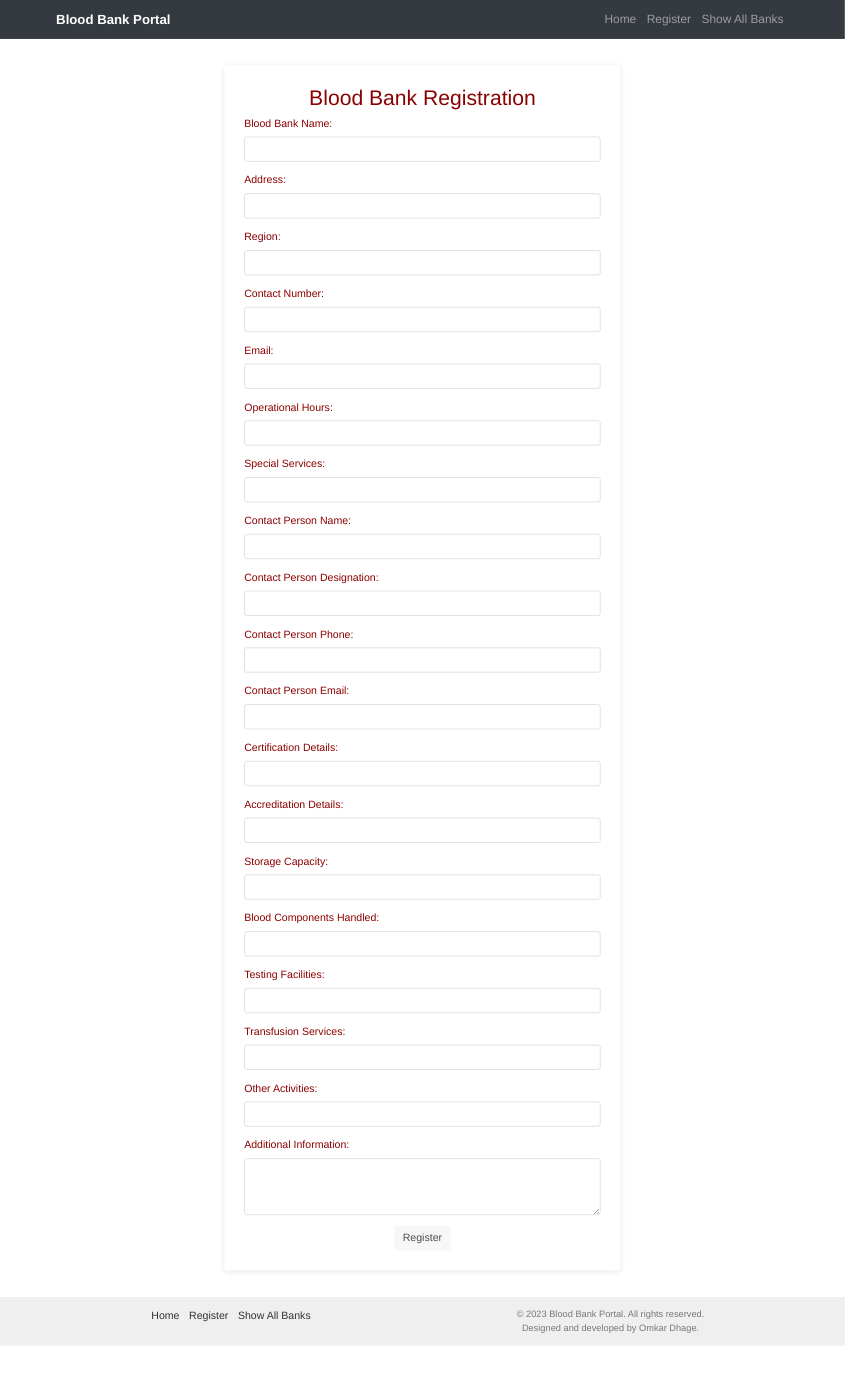
Repository: omi4535/Decentralized_Blood_Bank_System
Page: http://localhost/blood_bank_system/registration.jsp
The author's editor kept a copy of each file at every save. The page is drawn from the files as they stood at one save, then again after the next save.
The browser window is 1280 px wide. The pictures show the whole page, at 66% of full size.
Some web libraries are served in a nearby version. The page is served by Tomcat 9. Other server files are loaded and not shown.

Above is the page before, as saved 2023-07-03 14:26:50.

### blood bank system/src/main/webapp/registration.jsp
<%@ page language="java" contentType="text/html; charset=UTF-8"
	pageEncoding="UTF-8"%>
<!DOCTYPE html>
<html lang="en">

<head>
<meta charset="UTF-8">
<meta name="viewport" content="width=device-width, initial-scale=1.0">
<title>Blood Bank Registration</title>
<link rel="stylesheet"
	href="https://stackpath.bootstrapcdn.com/bootstrap/4.5.0/css/bootstrap.min.css">
<style>
body {
	background-color: #F5F5F5;
}

.form_regi {
	color: #8B0000;
}

.containe {
	max-width: 600px;
	margin: 40px auto;
	padding: 30px;
	border-radius: 5px;
	box-shadow: 0px 2px 10px rgba(0, 0, 0, 0.1);
}

h2 {
	margin-bottom: 30px;
	text-align: center;
}

.custom-button {
    background-color: #F5F5F5;
    color: #fff;
    border: none;
    padding: 10px 20px;
    font-size: 16px;
    transition: background-color 0.3s ease;
}

.custom-button:hover {
    background-color: #0056b3;
    cursor: pointer;
}

.custom-button:not(:hover) {
    background-color: #F5F5F5;
    opacity: 0.7;
    cursor: default;
    color: #000; /* Change text color to black */
}

.btn-register {
	background-color: #000000;
	color: #fff;
	border: none;
	padding: 10px 20px;
	font-size: 16px;
	transition: background-color 0.3s ease;
}

.btn-register:hover {
	background-color: #c82333;
	color:#ffffff
}

.btn-back{
background-color: #6c2020;
}
.form {
	background-color: #D50000;
}
</style>
</head>

<body>

<%@ include file="NavBar.jsp"%>

	<div class="containe">
		<div class="form_regi">
			<h2>Blood Bank Registration</h2>
			<form method="post" action="register">
				<div class="form-group">
					<label for="name">Blood Bank Name:</label> <input type="text"
						class="form-control" name="name" required>
				</div>
				<div class="form-group">
					<label for="address">Address:</label> <input type="text"
						class="form-control" name="address" required>
				</div>
				<div class="form-group">
					<label for="region">Region:</label> <input type="text"
						class="form-control" name="region" required>
				</div>
				<div class="form-group">
					<label for="contactNumber">Contact Number:</label> <input
						type="tel" class="form-control" name="contactNumber" required>
				</div>
				<div class="form-group">
					<label for="email">Email:</label> <input type="email"
						class="form-control" name="email" required>
				</div>
				<div class="form-group">
					<label for="operationalHours">Operational Hours:</label> <input
						type="text" class="form-control" name="operationalHours" required>
				</div>
				<div class="form-group">
					<label for="specialServices">Special Services:</label> <input
						type="text" class="form-control" name="specialServices" required>
				</div>
				<div class="form-group">
					<label for="contactPersonName">Contact Person Name:</label> <input
						type="text" class="form-control" name="contactPersonName" required>
				</div>
				<div class="form-group">
					<label for="contactPersonDesignation">Contact Person
						Designation:</label> <input type="text" class="form-control"
						name="contactPersonDesignation" required>
				</div>
				<div class="form-group">
					<label for="contactPersonPhone">Contact Person Phone:</label> <input
						type="tel" class="form-control" name="contactPersonPhone" required>
				</div>
				<div class="form-group">
					<label for="contactPersonEmail">Contact Person Email:</label> <input
						type="email" class="form-control" name="contactPersonEmail"
						required>
				</div>
				<div class="form-group">
					<label for="certificationDetails">Certification Details:</label> <input
						type="text" class="form-control" name="certificationDetails"
						required>
				</div>
				<div class="form-group">
					<label for="accreditationDetails">Accreditation Details:</label> <input
						type="text" class="form-control" name="accreditationDetails"
						required>
				</div>
				<div class="form-group">
					<label for="storageCapacity">Storage Capacity:</label> <input
						type="number" class="form-control" name="storageCapacity" required>
				</div>
				<div class="form-group">
					<label for="bloodComponentsHandled">Blood Components
						Handled:</label> <input type="text" class="form-control"
						name="bloodComponentsHandled" required>
				</div>
				<div class="form-group">
					<label for="testingFacilities">Testing Facilities:</label> <input
						type="text" class="form-control" name="testingFacilities" required>
				</div>
				<div class="form-group">
					<label for="transfusionServices">Transfusion Services:</label> <input
						type="text" class="form-control" name="transfusionServices"
						required>
				</div>
				<div class="form-group">
					<label for="otherActivities">Other Activities:</label> <input
						type="text" class="form-control" name="otherActivities" required>
				</div>
				<div class="form-group">
					<label for="additionalInformation">Additional Information:</label>
					<textarea class="form-control" name="additionalInformation"
						rows="3"></textarea>
				</div>
				<div class="text-center">
					<button type="submit" class=" custom-button btn btn-register  btn-back">Register</button>
				</div>
			</form>
		</div>

	</div>

	<%@ include file="footer.jsp"%>


	<script src="https://code.jquery.com/jquery-3.5.1.slim.min.js"></script>
	<script
		src="https://cdn.jsdelivr.net/npm/@popperjs/core@2.5.3/dist/umd/popper.min.js"></script>
	<script
		src="https://stackpath.bootstrapcdn.com/bootstrap/4.5.0/js/bootstrap.min.js"></script>
</body>

</html>

### blood bank system/src/main/webapp/NavBar.jsp
<%@ page language="java" contentType="text/html; charset=UTF-8"
    pageEncoding="UTF-8"%>
<!DOCTYPE html>
<html>
<head>
    <meta charset="UTF-8">
    <meta name="viewport" content="width=device-width, initial-scale=1.0">
    <title>Blood Bank Portal</title>
    <link rel="stylesheet" href="https://maxcdn.bootstrapcdn.com/bootstrap/4.5.2/css/bootstrap.min.css">
    <style>
        .navbar-brand {
            font-weight: bold;
        }

        .navbar-nav .nav-link {
            font-size: 18px;
        }
    </style>
</head>
<body>
    <nav class="navbar navbar-expand-lg navbar-dark bg-dark">
        <div class="container">
            <a class="navbar-brand" href="index.jsp">Blood Bank Portal</a>
            <button class="navbar-toggler" type="button" data-toggle="collapse" data-target="#navbarNav" aria-controls="navbarNav" aria-expanded="false" aria-label="Toggle navigation">
                <span class="navbar-toggler-icon"></span>
            </button>
            <div class="collapse navbar-collapse" id="navbarNav">
                <ul class="navbar-nav ml-auto">
                    <li class="nav-item">
                        <a class="nav-link" href="#">Home</a>
                    </li>
                    <li class="nav-item">
                        <a class="nav-link" href="registration.jsp">Register</a>
                    </li>
                    <li class="nav-item">

                        <a class="nav-link" href="/all_banks">Show All Banks</a>
                    </li>
                </ul>
            </div>
        </div>
    </nav>

</body>
</html>

### blood bank system/src/main/webapp/footer.jsp
<%@ page language="java" contentType="text/html; charset=UTF-8"
	pageEncoding="UTF-8"%>
<!DOCTYPE html>
<html lang="en">
<head>
<meta charset="UTF-8">
<meta name="viewport" content="width=device-width, initial-scale=1.0">
<title>Blood Bank Portal</title>
<link rel="stylesheet"
	href="https://maxcdn.bootstrapcdn.com/bootstrap/4.5.2/css/bootstrap.min.css">
<style>

*,
*:before,
*:after {
  -webkit-box-sizing: border-box;
  -moz-box-sizing:    border-box;
  box-sizing:         border-box;
}

html {
  height: 100%;
}

body {
  position: relative;
  margin: 0;
  padding-bottom: 4rem;
  min-height: 100%;
  font-family: "Helvetica Neue", Arial, sans-serif;
}

.footer {
	background-color: #f8f9fa;
	padding: 20px;
	position: relative;
	right: 0;
	bottom: 0;
	left: 0;
	padding: 1rem;
	background-color: #efefef;
	text-align: center;
}

.footer-links a {
	color: #333;
	margin-right: 10px;
}

.footer-info {
	color: #777;
	font-size: 14px;
}
</style>
</head>
<body>


	<footer class="footer">
		<div class="container">
			<div class="row">
				<div class="col-md-6">
					<div class="footer-links">
						<a href="index.jsp">Home</a> <a href="registration.jsp">Register</a>
						<a href="All_banks.jsp">Show All Banks</a>
					</div>
				</div>
				<div class="col-md-6">
					<div class="footer-info">
						&copy; 2023 Blood Bank Portal. All rights reserved. <br>
						Designed and developed by Omkar Dhage.
					</div>
				</div>
			</div>
		</div>
	</footer>

	<script src="https://code.jquery.com/jquery-3.5.1.slim.min.js"></script>
	<script
		src="https://cdn.jsdelivr.net/npm/@popperjs/core@1.16.0/dist/umd/popper.min.js"></script>
	<script
		src="https://maxcdn.bootstrapcdn.com/bootstrap/4.5.2/js/bootstrap.min.js"></script>
</body>
</html>

After the next save:
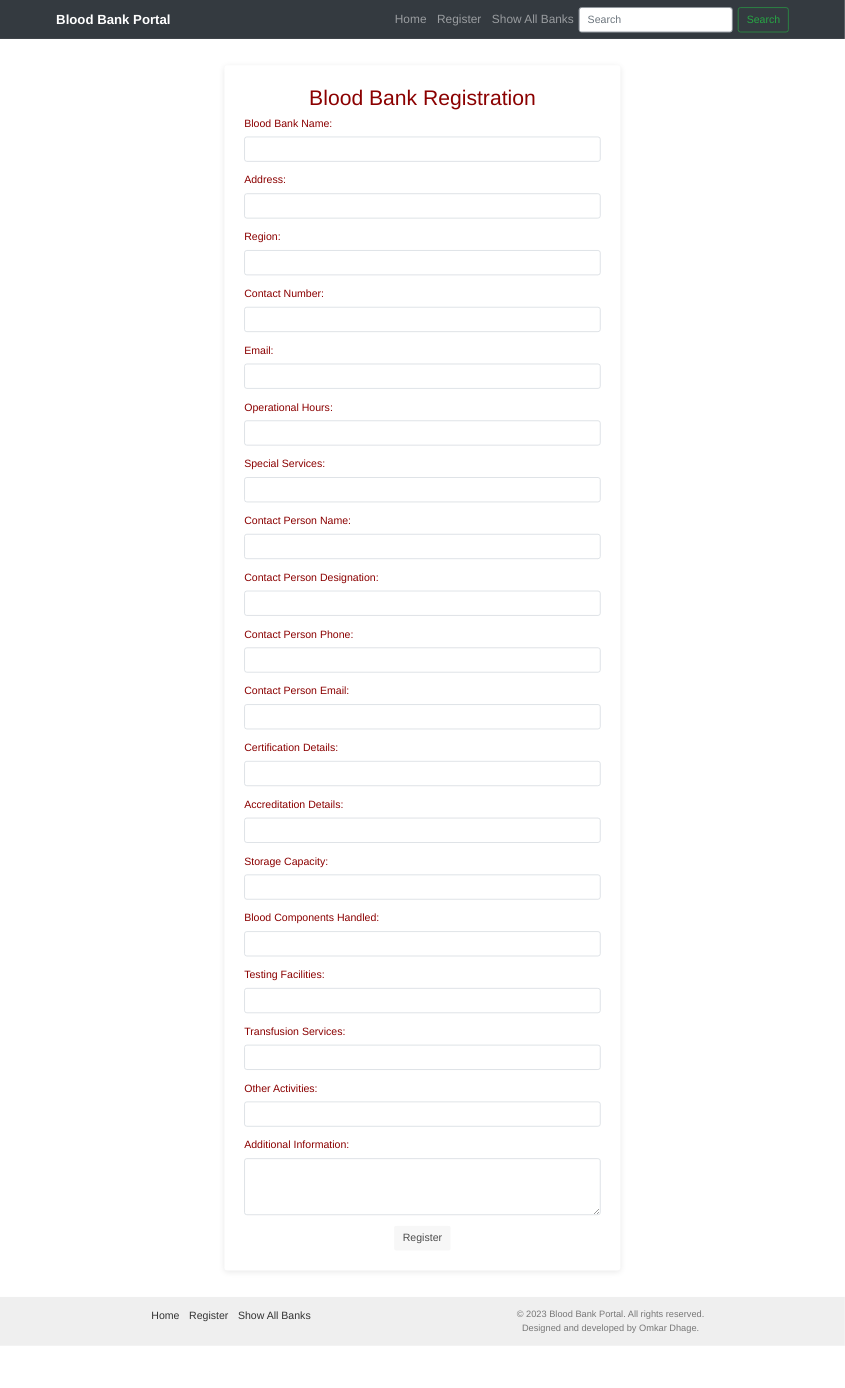
Saved 69 min 18 s later.
--- a/blood bank system/src/main/webapp/NavBar.jsp
+++ b/blood bank system/src/main/webapp/NavBar.jsp
@@ -33,10 +33,13 @@
                         <a class="nav-link" href="registration.jsp">Register</a>
                     </li>
                     <li class="nav-item">
-
                         <a class="nav-link" href="/all_banks">Show All Banks</a>
                     </li>
                 </ul>
+                 <form class="form-inline my-2 my-lg-0">
+      <input class="form-control mr-sm-2" type="search" placeholder="Search" aria-label="Search">
+      <button class="btn btn-outline-success my-2 my-sm-0" type="submit">Search</button>
+    </form>
             </div>
         </div>
     </nav>

After the save that followed:
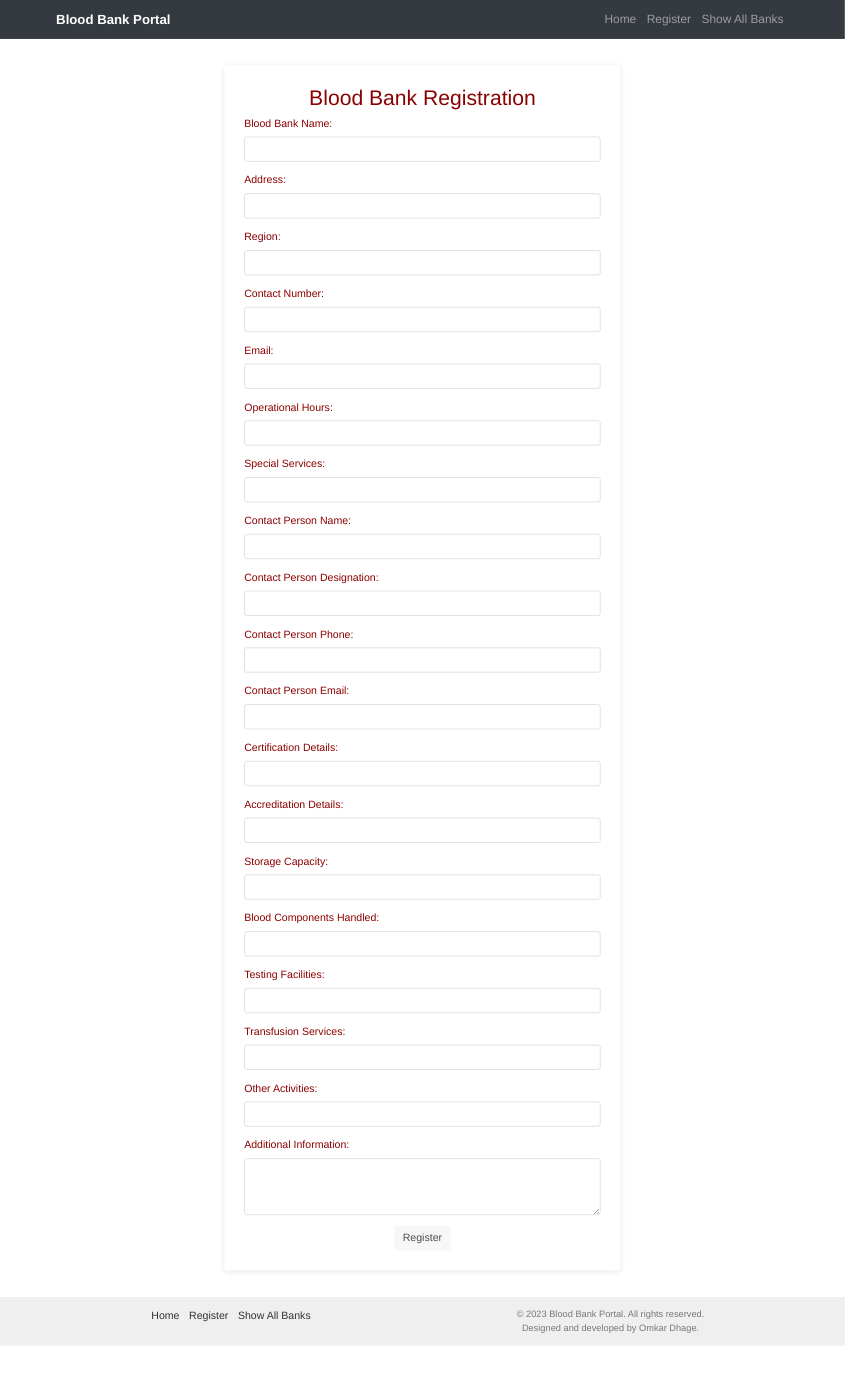
Saved 2 min 32 s later.
--- a/blood bank system/src/main/webapp/NavBar.jsp
+++ b/blood bank system/src/main/webapp/NavBar.jsp
@@ -36,10 +36,7 @@
                         <a class="nav-link" href="/all_banks">Show All Banks</a>
                     </li>
                 </ul>
-                 <form class="form-inline my-2 my-lg-0">
-      <input class="form-control mr-sm-2" type="search" placeholder="Search" aria-label="Search">
-      <button class="btn btn-outline-success my-2 my-sm-0" type="submit">Search</button>
-    </form>
+
             </div>
         </div>
     </nav>
